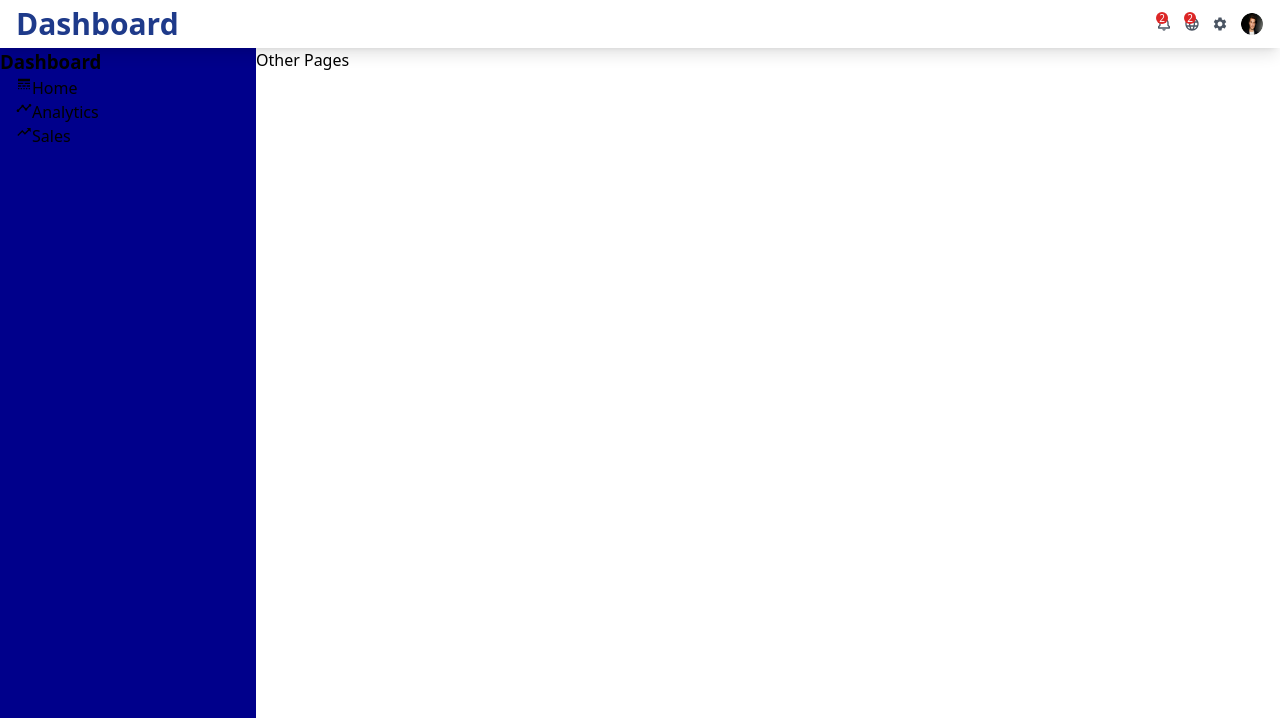
Repository: nation430/React-AdminDashboard
Page: /
These files come from the project's save history. The page is drawn as it stood at one moment and after a run of saves; the edit follows.
The browser window is 1280 px wide. The pictures show the whole page.
The project was rebuilt for these pictures with package versions that can differ from the ones it lists, and the page was loaded fresh each time.

Above is the page before, as saved 2022-08-18 11:54:44.

### public/index.html
<!DOCTYPE html>
<html lang="en">
  <head>
    <meta charset="utf-8" />
    <meta name="viewport" content="width=device-width, initial-scale=1" />
    <meta name="theme-color" content="#000000" />
    <meta
      name="description"
      content="Web site created using create-react-app"
    />
    <link rel="preconnect" href="https://fonts.googleapis.com" />
    <link rel="preconnect" href="https://fonts.gstatic.com" crossorigin />
    <link
      href="https://fonts.googleapis.com/css2?family=Source+Sans+Pro:wght@200;300;400;600;700&display=swap"
      rel="stylesheet"
    />

    <title>React Admin Dashboard</title>
  </head>
  <body>
    <noscript>You need to enable JavaScript to run this app.</noscript>
    <div id="root"></div>
  </body>
</html>

### src/index.css
@tailwind base;
h1 {
  @apply text-2xl;
}
h2 {
  @apply text-xl;
}
h3 {
  @apply text-lg;
}
@tailwind components;
@tailwind utilities;

* {
  margin: 0;
  padding:0;
  box-sizing: border-box;

}

### src/App.js
import Topbar from "./components/topbar/Topbar";
import Sidebar from "./components/sidebar/Sidebar";
import "./app.css";

function App() {
  return (
    <div>
      <Topbar />
      <div className="wrapper flex h-full">
        <Sidebar />
        <div className="other">Other Pages</div>
      </div>
    </div>
  );
}

export default App;

### src/components/topbar/Topbar.jsx
import React from "react";
import  "./topbar.css";
import { BiBell } from 'react-icons/bi';
import { MdLanguage, MdSettings  } from "react-icons/md";


export default function Topbar () {
    return(
        <div className="topbar w-full h-12 bg-white sticky top-0 z-50 shadow-lg ">
            <div className="topbarWeapper flex items-center justify-between h-full px-4 py-0">
            <div className="topLeft">
                <span className="logo font-bold text-3xl text-blue-900 cursor-pointer ...">Dashboard</span>
            </div>
            <div className="topRight flex items-center">

                {/* First icon  */}
                <div className="topbarIconsContainer relative cursor-pointer ... ml-3 text-gray-600">
                <BiBell />
                <span className="topIconBadge absolute text-white bg-red-600 right-1 -top-1 flex items-center justify-center rounded-full text-xs h-3 w-3">2</span>
                </div>

                   {/*second icon  */}
                <div className="topbarIconsContainer relative cursor-pointer ... ml-3 text-gray-600">
                <MdLanguage />
                <span className="topIconBadge absolute text-white bg-red-600 right-1 -top-1 flex items-center justify-center rounded-full text-xs h-3 w-3">2</span>
                </div>


                    {/*third icon  */}
                <div className="topbarIconsContainer relative cursor-pointer ... mx-3 text-gray-600">
                < MdSettings  />
                </div>

                <img src="images/img.png" alt="BigCo Inc. logo"  className="topAvater w-6 h-6 rounded-full cursor-pointer ..."/>

            </div>
            </div>
        </div>
    )

}

### src/components/sidebar/Sidebar.jsx
import "./sidebar.css";
import { MdLineStyle, MdOutlineTimeline, MdTrendingUp } from "react-icons/md";

export default function sidebar(){
    return(
        <div className="sidebar sticky">
        <div className="sidebarWrapper">
            <div className="sidebarMenu">
                <h3 className="sidebarTitle">Dashboard</h3>
                <ul className="sidebarList px-4 py-0">
                    <li className="sidebarListItems flex">
                    <MdLineStyle />
                    Home
                    </li>

                    <li className="sidebarListItems flex">
                    <MdOutlineTimeline />
                    Analytics
                    </li>


                    <li className="sidebarListItems flex">
                    <MdTrendingUp />
                   Sales
                    </li>




                </ul>
            </div>
        </div>
        </div>
    )
}

### src/app.css

* {
    margin: 0;
    padding:0;
    box-sizing: border-box;

}

.other {
    flex:4;

}

h1{
    font-size: 2em ;
    font-weight: bolder;
}

h2{
    font-size: 1.5em ;
    font-weight: bolder;
}

h3{
    font-size: 1.17em ;
    font-weight: bolder;
}

### src/components/topbar/topbar.css
.text-xs{
    font-size: 10px;
  }

### src/components/sidebar/sidebar.css
.sidebar{
    flex: 1;
    height: calc(100vh - 50px);
    background: darkblue;
    top:50px;
}

Loaded but not shown: src/index.js (common file); tailwind.config.js (common file)

After the next 2 saves:
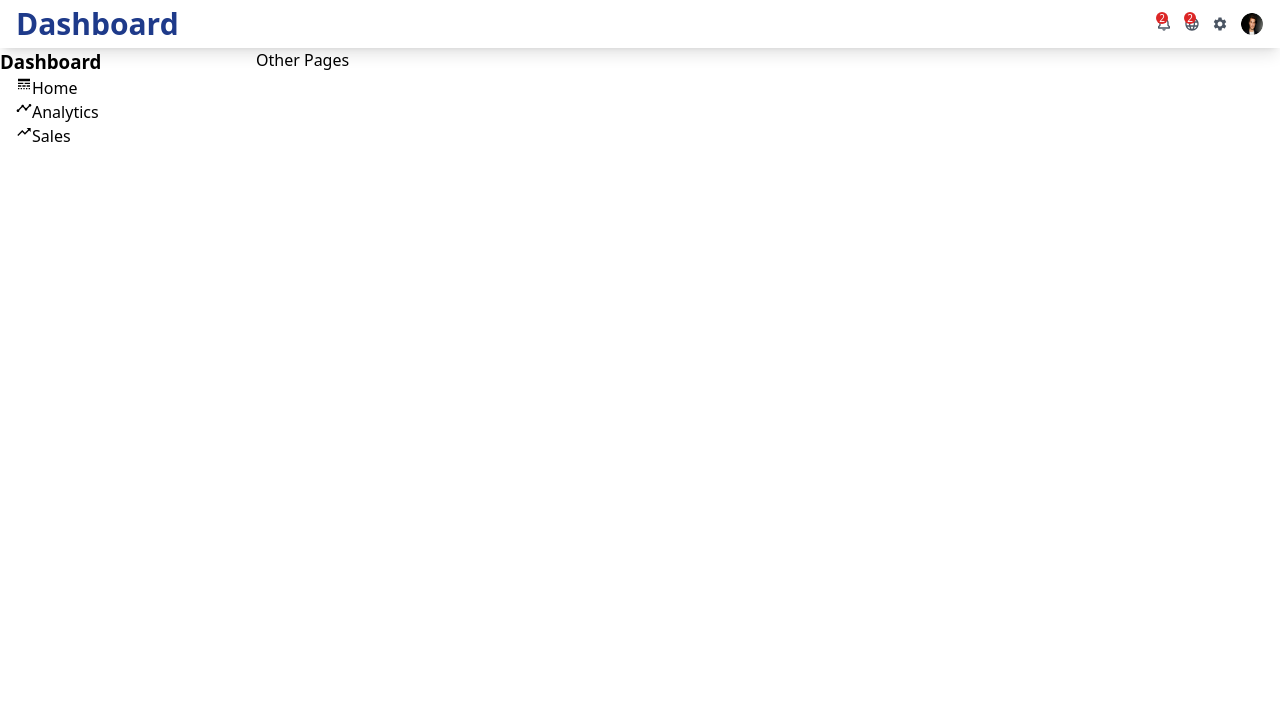
The 2 saves are shown as one change because they came seconds apart.
The last was saved 33 s later.
--- a/src/components/sidebar/sidebar.css
+++ b/src/components/sidebar/sidebar.css
@@ -1,6 +1,5 @@
 .sidebar{
     flex: 1;
     height: calc(100vh - 50px);
-    background: darkblue;
     top:50px;
 }
